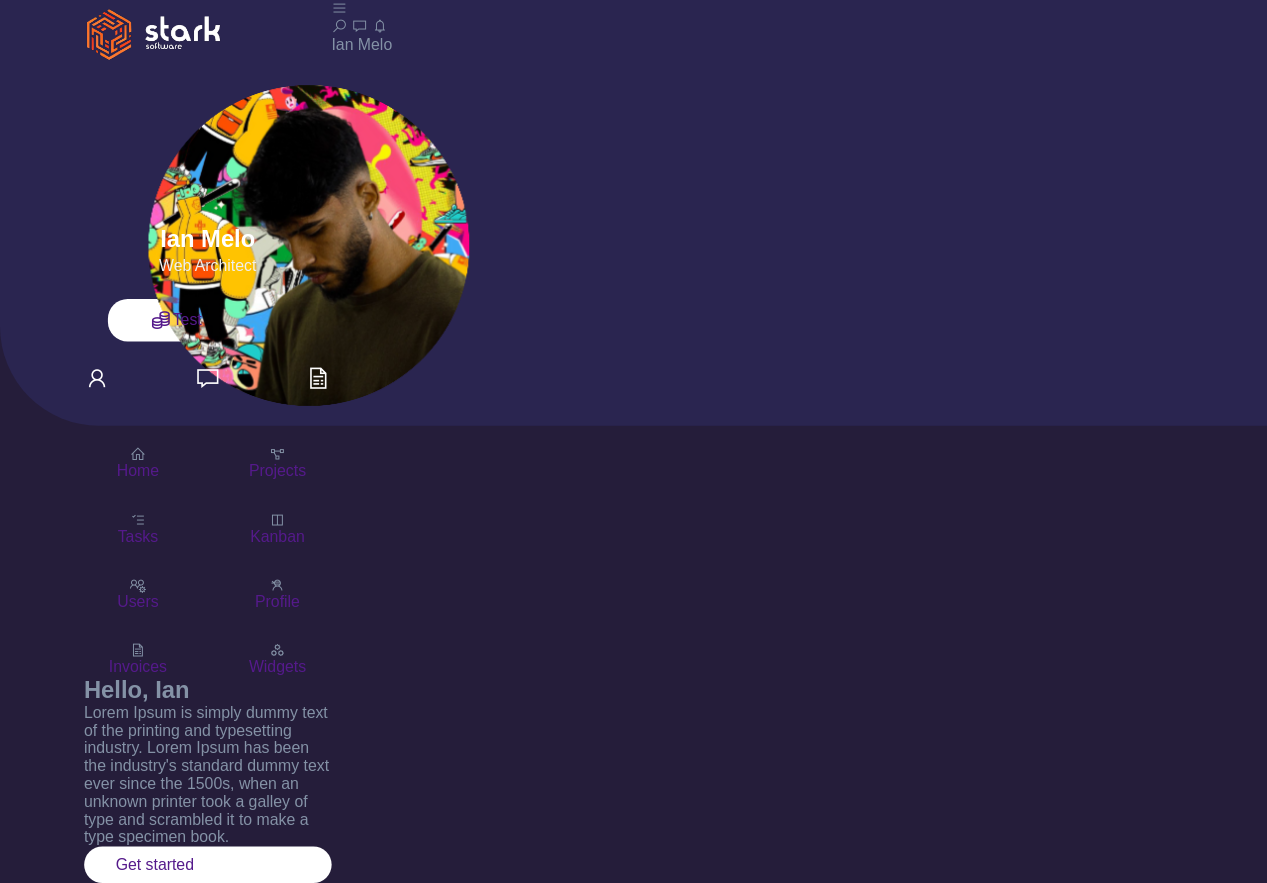
Repository: ichumbo/StarkDashboard
Page: index.html
The author's editor kept a copy of each file at every save. The page is drawn from the files as they stood at one save, then again after the next save.
The browser window is 1280 px wide. The pictures show the whole page, at 99% of full size.
Pictures or frames that could not be fetched are drawn as grey boxes.

Above is the page before, as saved 2023-06-06 18:33:13.

After the next save:
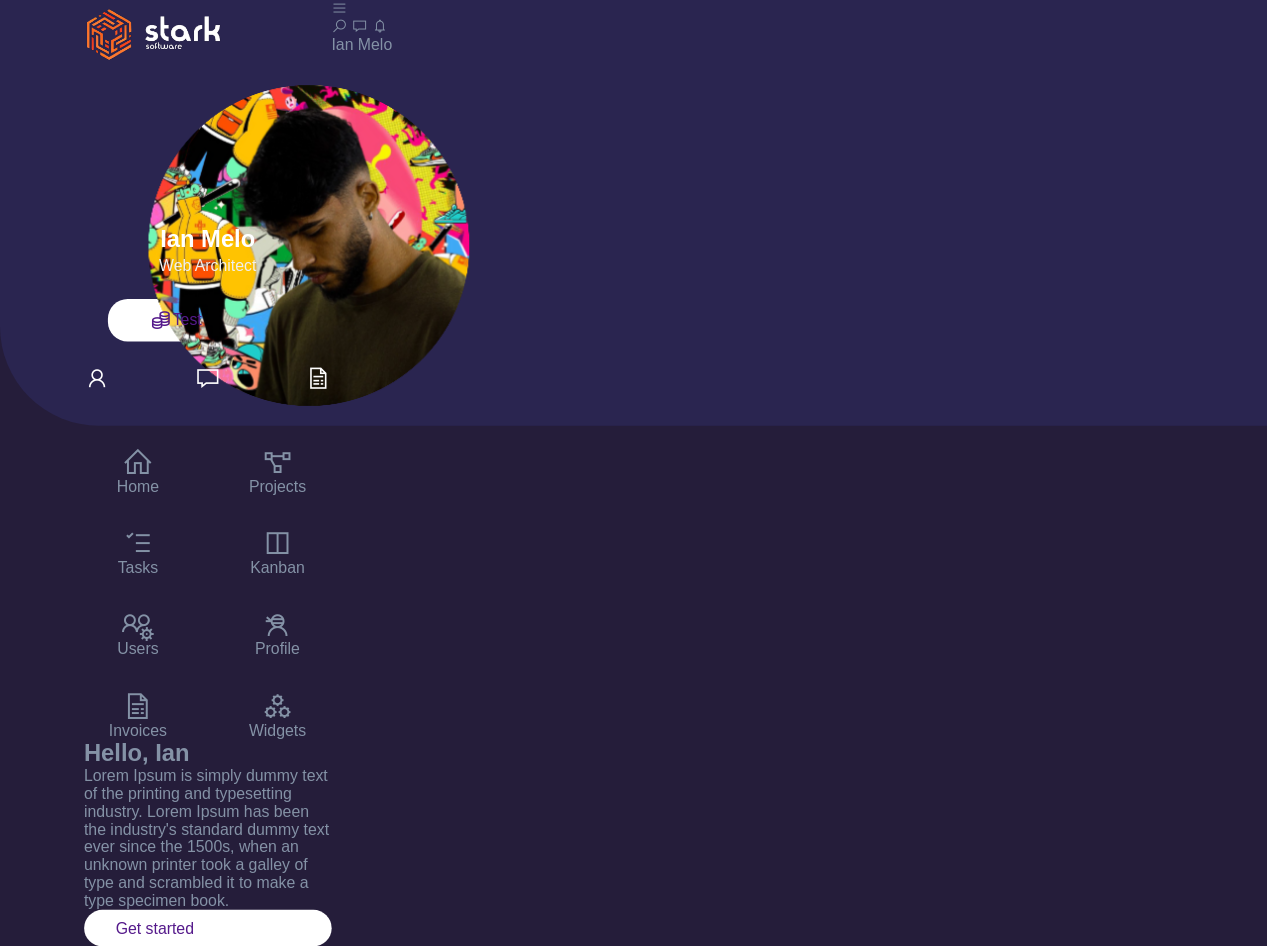
Saved 21 s later.
--- a/css/sidebar.css
+++ b/css/sidebar.css
@@ -77,8 +77,9 @@
 .menu-item a span {
     display: block;
     text-align: center;
+    color: var(--main-text);
 }
 
 .menu-item a span:first-child {
-    color: var(--main-text);
+    font-size: 2rem;
 }
